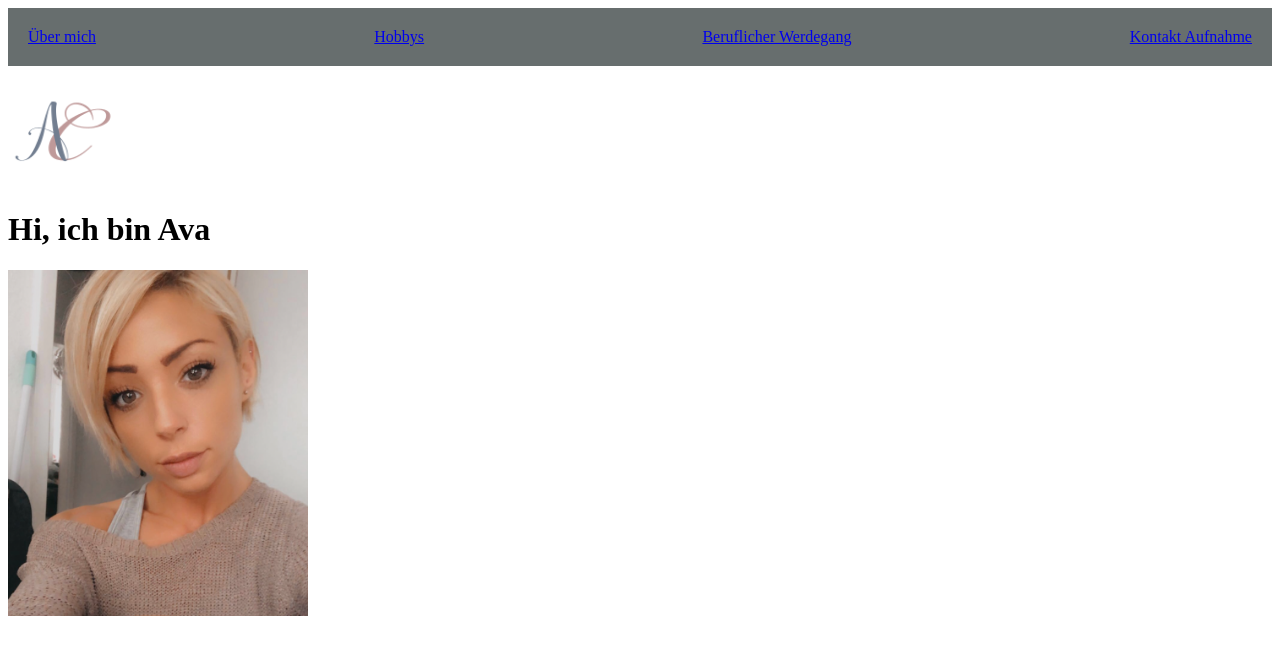
Repository: Ava-VictoriaCrivello/website
Page: index.html
An editor plug-in stored every save of this project. The page is shown before and after the next save, followed by the edit.
The browser window is 1280 px wide. The pictures show the whole page.
Some web fonts or font styles are not loaded; a fallback is used.

Above is the page before, as saved 2022-05-29 12:23:35.

After the next save:
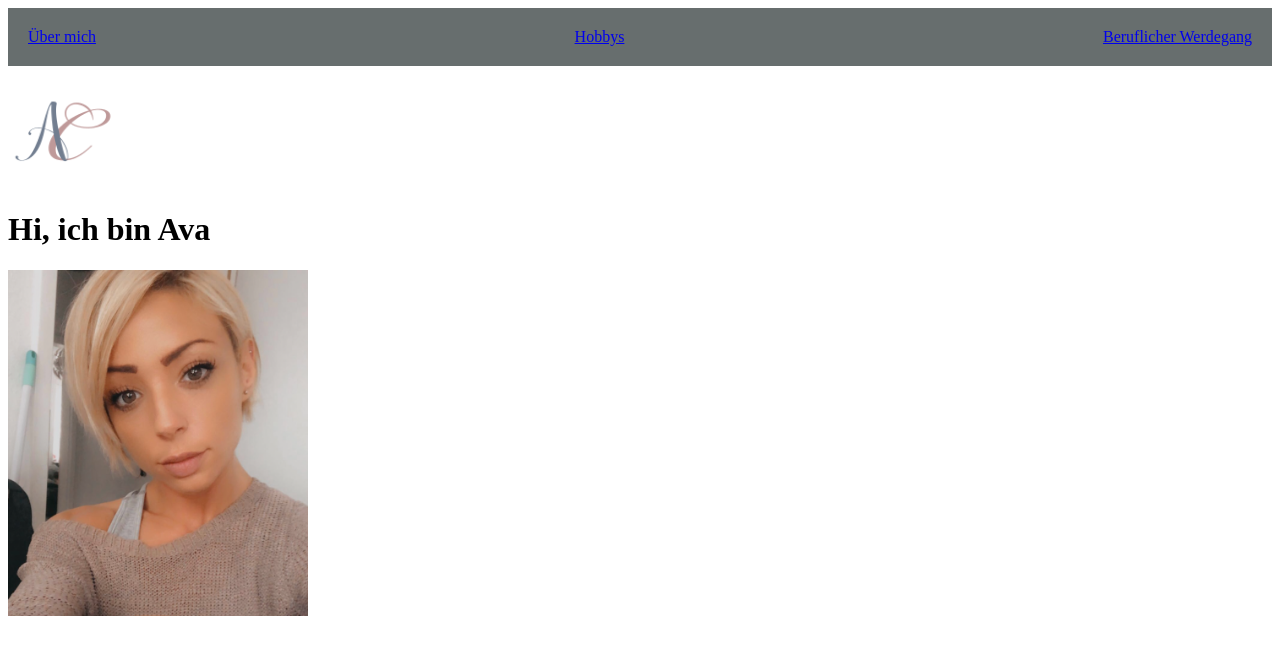
Saved 54 s later.
--- a/index.html
+++ b/index.html
@@ -18,7 +18,6 @@
       <a class="button" href="#aboutme">Über mich</a>
       <a class="button" href="#hobbys">Hobbys</a>
       <a class="button" href="#work">Beruflicher Werdegang</a>
-      <a class="button" href="#contact">Kontakt Aufnahme</a>
     </nav>
 
     <header>
